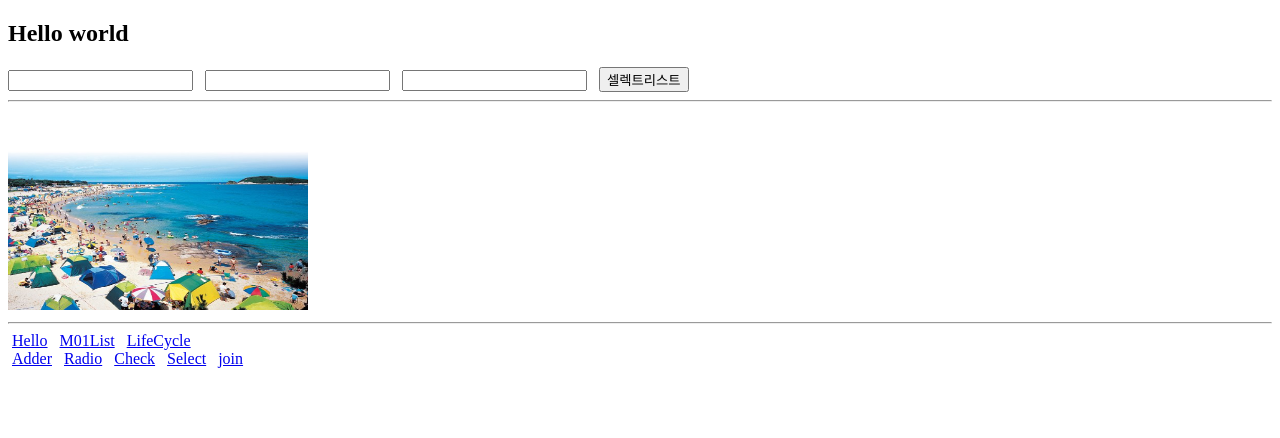
Repository: JYH94/JAVA
Page: web01/src/main/webapp/index.html
An editor plug-in stored every save of this project. The page is shown before and after the next save, followed by the edit.
The browser window is 1280 px wide. The pictures show the whole page.

Above is the page before, as saved 2024-01-11 10:55:41.

After the next save:
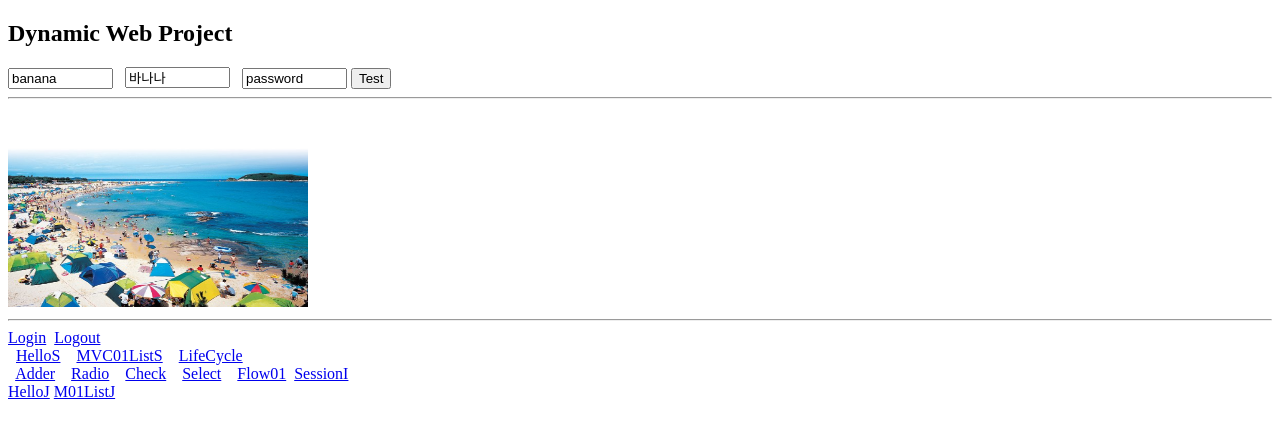
Saved 10 s later.
--- a/web01/src/main/webapp/index.html
+++ b/web01/src/main/webapp/index.html
@@ -2,42 +2,41 @@
 <html>
 <head>
 <meta charset="UTF-8">
-<title>Insert title here</title>
+<title>** index **</title>
 </head>
 <body>
-	<h2>Hello world</h2>
+<h2> Dynamic Web Project </h2>
+
+<!--
+	url : localhost:portnum/project/action?name=value
+ -->
 	<form action="getpost" method="get">
-		<input type="text" name="id"> &nbsp;
-		<input type="text" name="name"> &nbsp;
-		<input type="text" name="student"> &nbsp;
-		<input type="submit" value="셀렉트리스트">
+		<input type="text" name="id" value="banana" size="10"> &nbsp; <input type="text" name="name" value="바나나" size="10"> &nbsp; <input type="text" value="password" size="10"> <input type="submit" value="Test">
 	</form>
-
-
-	<!-- ** 경로표기
-		=> 절대경로 : / 로 시작 프로젝트명부터 표기
-			->	   /web01/images/letsgo.png
-		=> 상대경로 : 현재위치에서 시작, /로 시작하면 안됨
-			-> 	   ./ 현재위치  ,  ../ 이전 폴더(상위로)
-			->     기본적으로 webapp 안에 들어있다고 인식하기 때문에
-				   wepapp는 생략가능
-				   images/letsgo.png  OR  ./images/letsgo.png
-	 -->
 	<hr>
-	<img alt="" src="/web01/images/letsgo.png" width="300" height="200">
+<!-- 경로 표기
+절대경로 : / 로 시작, 프로젝트명부터 시작
+	/web01/images/letsgo.png
+상대경로 : 현재위치에서 시작
+	./ 현재위치, ../ 상위 폴더로
+	./images/lestgo.p
+-->
+	<img alt="" src="images/letsgo.png" width="300" height="200">
 	<hr>
 
-
-
-	&nbsp;<a href="/web01/hello">Hello</a>&nbsp;
-	&nbsp;<a href="/web01/list">M01List</a>&nbsp;
-	&nbsp;<a href="/web01/life">LifeCycle</a>&nbsp;
-	<br>
-	&nbsp;<a href="/web01/servletTestForm/form01_Adder.html">Adder</a>&nbsp;
-	&nbsp;<a href="/web01/servletTestForm/form02_Radio.jsp">Radio</a>&nbsp;
-	&nbsp;<a href="/web01/servletTestForm/form03_Check.jsp">Check</a>&nbsp;
-	&nbsp;<a href="/web01/servletTestForm/form04_Select.jsp">Select</a>&nbsp;
-	&nbsp;<a href="/web01/servletTestForm/sign.html">join</a>&nbsp;
-
+	<a href="/web01/servletTestForm/flowEx04_LoginForm.jsp">Login</a>&nbsp;
+	<a href="/web01/logout">Logout</a><br>&nbsp;
+	<a href="/web01/hello">HelloS</a>&nbsp; &nbsp;
+	<a href="/web01/list">MVC01ListS</a>&nbsp; &nbsp;
+	<a href="/web01/life">LifeCycle</a>
+	<br> &nbsp;
+	<a href="/web01/servletTestForm/form01_Adder.html">Adder</a>&nbsp; &nbsp;
+	<a href="/web01/servletTestForm/form02_Radio.jsp">Radio</a>&nbsp; &nbsp;
+	<a href="/web01/servletTestForm/form03_Check.jsp">Check</a>&nbsp; &nbsp;
+	<a href="/web01/servletTestForm/form04_Select.jsp">Select</a>&nbsp; &nbsp;
+	<a href="/web01/flow01">Flow01</a>&nbsp;
+	<a href="/web01/sessioni">SessionI</a><br>
+	<a href="/web01/jsp01/ex01_HelloJsp.jsp">HelloJ</a>
+	<a href="/web01/jsp01/ex02_mvc01List.jsp">M01ListJ</a>
 </body>
 </html>
